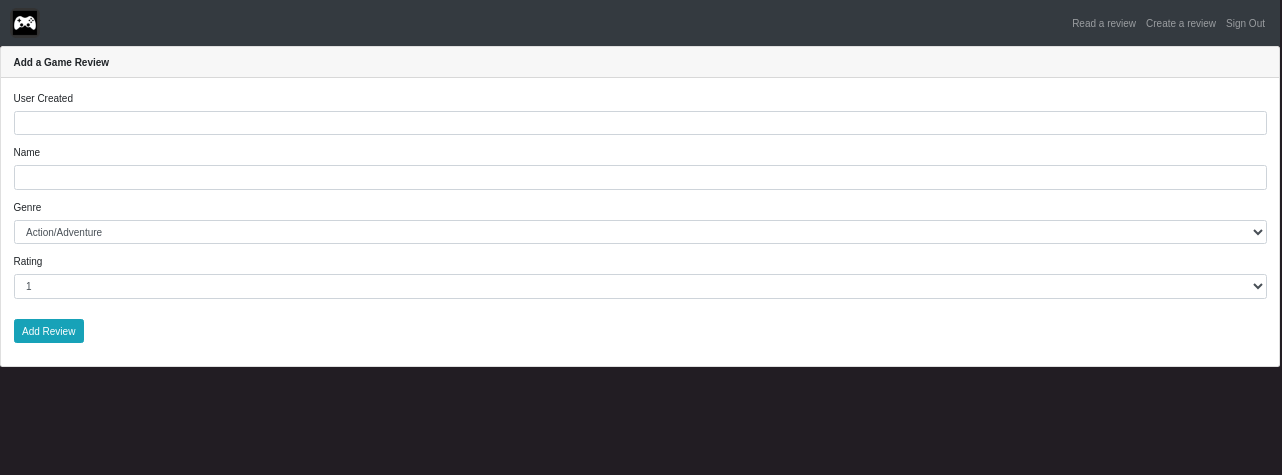
Repository: amit238/milestone-project-3
Page: http://localhost/addreview
The author's editor kept a record of every edit. The page is drawn from the files as they stood at one moment, then again after the next edit.
The browser window is 1280 px wide. The page is 1282 px wide, so the pictures cover 1282 px, including what lies to the right of the window. The pictures show the whole page.
Some web libraries are served in a nearby version. The page is served by the project's application, run on Flask 3 (app.py). The session is filled in as if someone had signed in: {"username": "testuser", "logged_in": true}.

Above is the page before.

After the next edit:
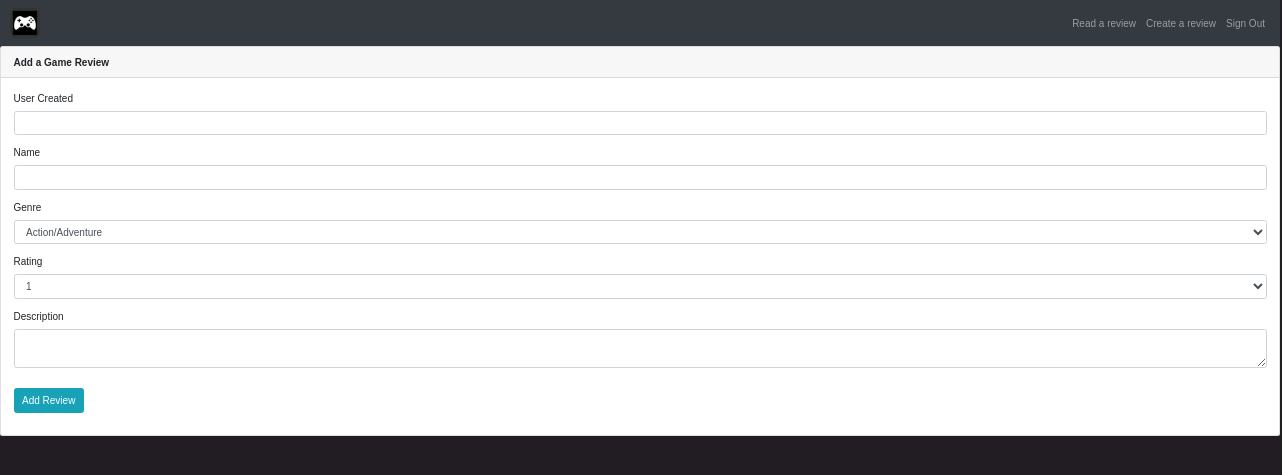
The edit:
--- a/templates/addreview.html
+++ b/templates/addreview.html
@@ -66,6 +66,19 @@
                                 {% endif %}
                             </div>
 
+                             <div class="form-group">
+                                {{ form.description.label(class="form-control-label") }}
+                                {% if form.description.errors %}
+                                {{ form.description(class="form-control form-control is-invalid") }}
+                                <div class="invalid-feedback"><!--checking for invalid input and message user-->
+                                    {% for error in form.description.errors %}
+                                    <span>{{ error }}</span>
+                                    {% endfor %}
+                                </div>
+                                {% else %}
+                                {{ form.description(class="form-control form-control") }}
+                                {% endif %}
+                            </div>
 
                     </fieldset>
                     <div class="form-group"><!--submitting new review form-->
